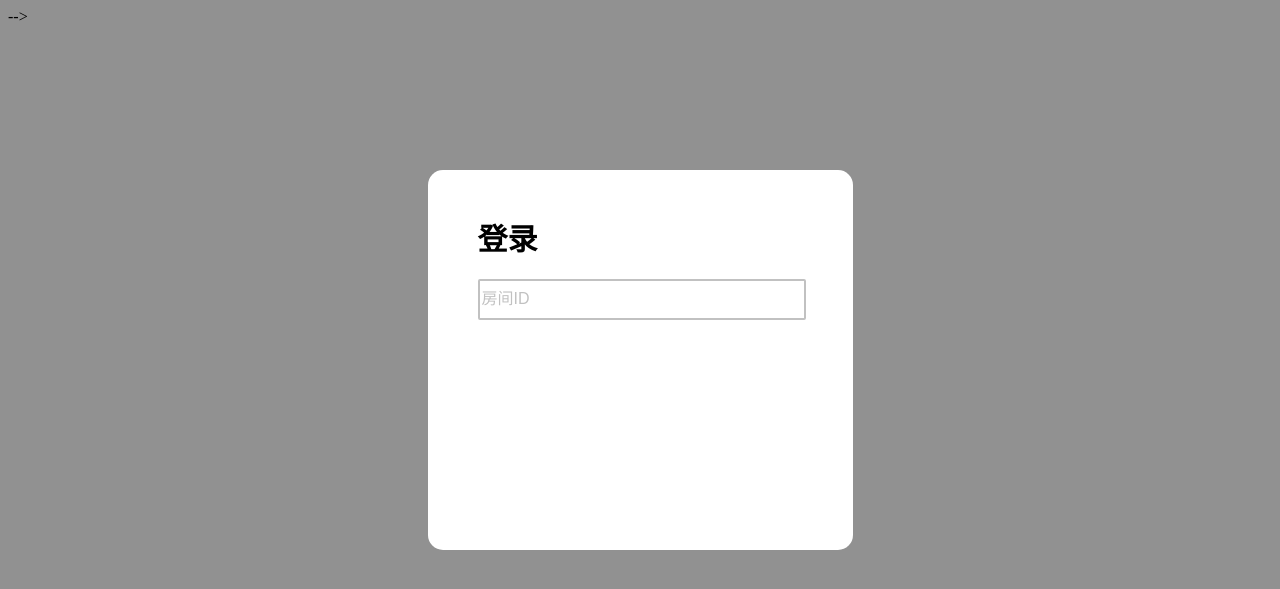
Repository: sjtu-course/homework
Page: GongZening/Week2/Web/LoginPage.html
The author's editor kept a copy of each file at every save. The page is drawn from the files as they stood at one save, then again after the next save.
The browser window is 1280 px wide. The pictures show the whole page.

Above is the page before, as saved 2020-11-07 16:42:17.

After the next save:
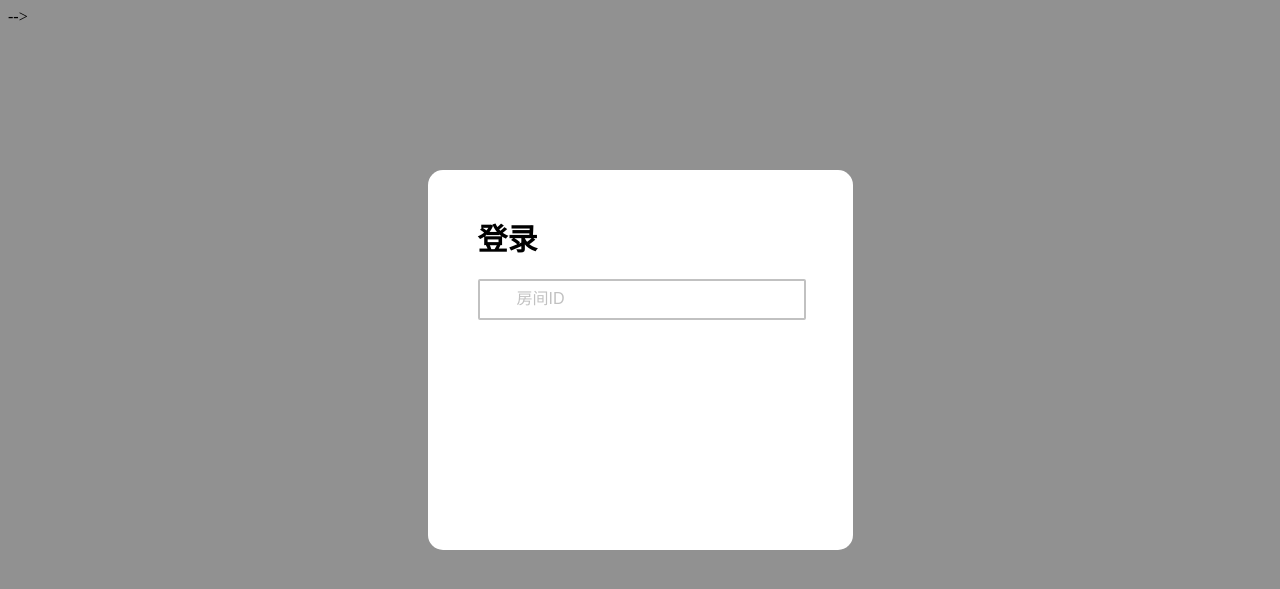
Saved 55 s later.
--- a/GongZening/Week2/Web/LoginPage.html
+++ b/GongZening/Week2/Web/LoginPage.html
@@ -7,22 +7,22 @@
             input::-webkit-input-placeholder{
                 color:#c1c1c1;
                 font-size: 16px;
-                margin-left: 35px;
+                padding-left: 35px;
             }
             input::-moz-placeholder{   /* Mozilla Firefox 19+ */
                 color:#c1c1c1;
                 font-size: 16px;
-                margin-left: 35px;
+                padding-left: 35px;
             }
             input:-moz-placeholder{    /* Mozilla Firefox 4 to 18 */
                 color:#c1c1c1;
                 font-size: 16px;
-                margin-left: 35px;
+                padding-left: 35px;
             }
             input:-ms-input-placeholder{  /* Internet Explorer 10-11 */
                 color:#c1c1c1;
                 font-size: 16px;
-                margin-left: 35px;
+                padding-left: 35px;
             }
         </style>
 
